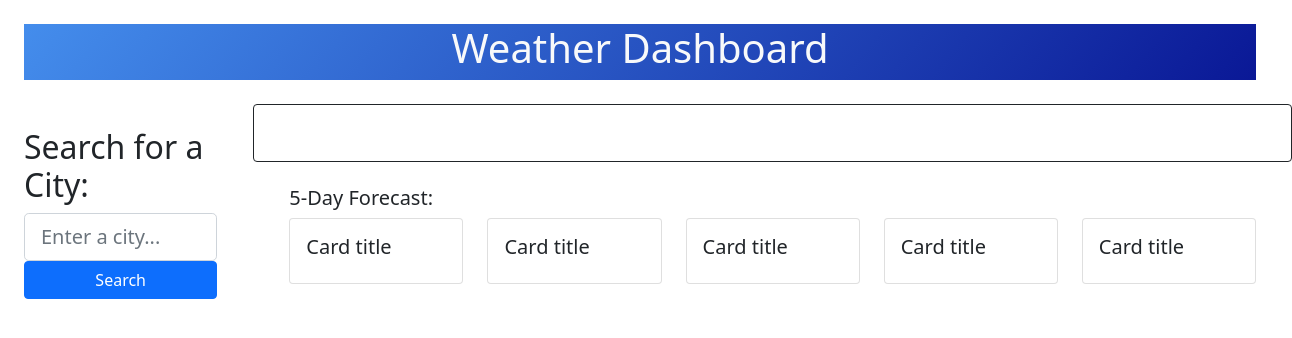
Repository: Brainybrian316/Weather-Dashboard
Page: index.html
An editor plug-in stored every save of this project. The page is shown before and after the next save, followed by the edit.
The browser window is 1280 px wide. The page is 1292 px wide, so the pictures cover 1292 px, including what lies to the right of the window. The pictures show the whole page.
The page's requests for data from a server got no answer.

Above is the page before, as saved 2022-03-27 13:51:35.

### index.html
<!DOCTYPE html>
<html lang="en">

<head>
    <meta charset="UTF-8">
    <meta http-equiv="X-UA-Compatible" content="IE=edge">
    <meta name="viewport" content="width=device-width, initial-scale=1.0">
    <title>Weather Dashboard</title>
    <link href="https://cdn.jsdelivr.net/npm/bootstrap@5.1.3/dist/css/bootstrap.min.css" rel="stylesheet"
        integrity="sha384-1BmE4kWBq78iYhFldvKuhfTAU6auU8tT94WrHftjDbrCEXSU1oBoqyl2QvZ6jIW3" crossorigin="anonymous" />
    <link rel="stylesheet" href="./assets/css/style.css" />

</head>
<header class="d-flex justify-content-center bg-primary bg-gradient m-4">
    <h1 class="text-light ">Weather Dashboard</h1>
</header>

<body>
    <div class="row">
        <div class="container col-sm-2 m-4" id="search">
            <h2>Search for a City:</h2>

            <input class="form-control form-control-lg" type="text" name="city" placeholder="Enter a city..." />
            <button type="button" class="btn btn-primary w-100">Search</button>
            <ol>
            </ol>
            </form>
        </div>

        <div class="container col">
            <div class="row card border-dark mb-4" id="current-conditions">
                <div class="card-body col"><span class="placeholder"></span></div>
            </div>

            <div class="container col">
                <h5>5-Day Forecast:</h5>
                <div class="row row-cols-1 row-cols-sm-5 g-4">
                    <div class="col">
                        <div class="card">
                            <div class="card-body">
                                <h5 class="card-title">Card title</h5>
                                <p class="card-text"></p>
                            </div>
                        </div>
                    </div>
                    <div class="col">
                        <div class="card">
                            <div class="card-body">
                                <h5 class="card-title">Card title</h5>
                                <p class="card-text"></p>
                            </div>
                        </div>
                    </div>
                    <div class="col">
                        <div class="card">
                            <div class="card-body">
                                <h5 class="card-title">Card title</h5>
                                <p class="card-text"></p>
                            </div>
                        </div>
                    </div>
                    <div class="col">
                        <div class="card">
                            <div class="card-body">
                                <h5 class="card-title">Card title</h5>
                                <p class="card-text"></p>
                            </div>
                        </div>
                    </div>
                    <div class="col">
                        <div class="card">
                            <div class="card-body">
                                <h5 class="card-title">Card title</h5>
                                <p class="card-text"></p>
                            </div>
                        </div>
                    </div>
                </div>
            </div>
        </div>
    </div>
    <script src="https://cdn.jsdelivr.net/npm/bootstrap@5.1.3/dist/js/bootstrap.bundle.min.js"
        integrity="sha384-ka7Sk0Gln4gmtz2MlQnikT1wXgYsOg+OMhuP+IlRH9sENBO0LRn5q+8nbTov4+1p" crossorigin="anonymous">
    </script>
    <script src="./assets/javascript/logic.js"></script>
</body>

</html>

### assets/css/style.css
.bg-primary {
    background: linear-gradient(-50deg, #0a1896, #448dec) !important;
}

### assets/javascript/logic.js
// global variables for html elements
const currentWeatherEl = document.getElementById('current-conditions');


// function to get weather data
const getWeather = function () {
    // makes call to weather api
    fetch("http://api.openweathermap.org/geo/1.0/direct?q=Orlando,00,US&limit=5&appid=1057c30581fce41e7df886393bc1cbde").then(function (response) {
        // converts response to json
        response.json().then(function (data) {
            // sets current weather data to variable
            const currentWeather = data.current;
            // sets current weather data to html
            currentWeatherEl.innerHTML = '<h2>Current Weather</h2>' + '<p>Temperature: ' + currentWeather.temp + '&deg;F</p>' + '<p>Humidity: ' + currentWeather.humidity + '%</p>' + '<p>Wind Speed: ' + currentWeather.wind_speed + 'mph</p>' + '<p>uv index: ' + currentWeather.uvi + '</p>';

        });
    })
}
getWeather();

After the next save:
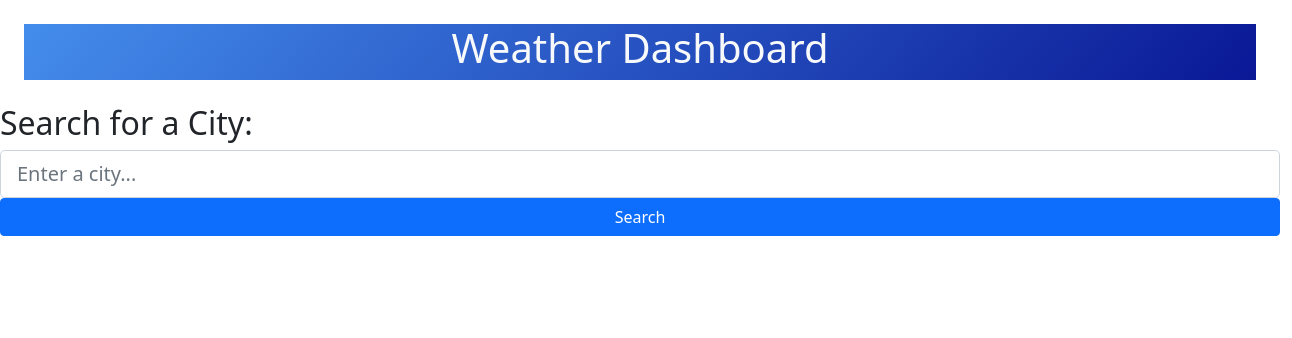
Saved 2 h 6 min later.
--- a/index.html
+++ b/index.html
@@ -17,16 +17,26 @@
 
 <body>
     <div class="row">
-        <div class="container col-sm-2 m-4" id="search">
+        <div class="container">
             <h2>Search for a City:</h2>
-
-            <input class="form-control form-control-lg" type="text" name="city" placeholder="Enter a city..." />
-            <button type="button" class="btn btn-primary w-100">Search</button>
-            <ol>
-            </ol>
-            </form>
+            <div class="input">
+                <input class="form-control form-control-lg inputValue" type="text" name="city"
+                    placeholder="Enter a city..." />
+                <button type="button" class="btn btn-primary w-100">Search</button>
+            </div>
         </div>
 
+        <div class="display">
+            <h1 class="name"></h1>
+            <p class="desc"></p>
+            <p class="temp"></p>
+            <p class="icon"></p>
+
+        </div>
+
+
+
+        <!--
         <div class="container col">
             <div class="row card border-dark mb-4" id="current-conditions">
                 <div class="card-body col"><span class="placeholder"></span></div>
@@ -78,11 +88,11 @@
                 </div>
             </div>
         </div>
-    </div>
-    <script src="https://cdn.jsdelivr.net/npm/bootstrap@5.1.3/dist/js/bootstrap.bundle.min.js"
-        integrity="sha384-ka7Sk0Gln4gmtz2MlQnikT1wXgYsOg+OMhuP+IlRH9sENBO0LRn5q+8nbTov4+1p" crossorigin="anonymous">
-    </script>
-    <script src="./assets/javascript/logic.js"></script>
+    </div> -->
+        <script src="https://cdn.jsdelivr.net/npm/bootstrap@5.1.3/dist/js/bootstrap.bundle.min.js"
+            integrity="sha384-ka7Sk0Gln4gmtz2MlQnikT1wXgYsOg+OMhuP+IlRH9sENBO0LRn5q+8nbTov4+1p" crossorigin="anonymous">
+        </script>
+        <script src="./assets/javascript/logic.js"></script>
 </body>
 
 </html>
